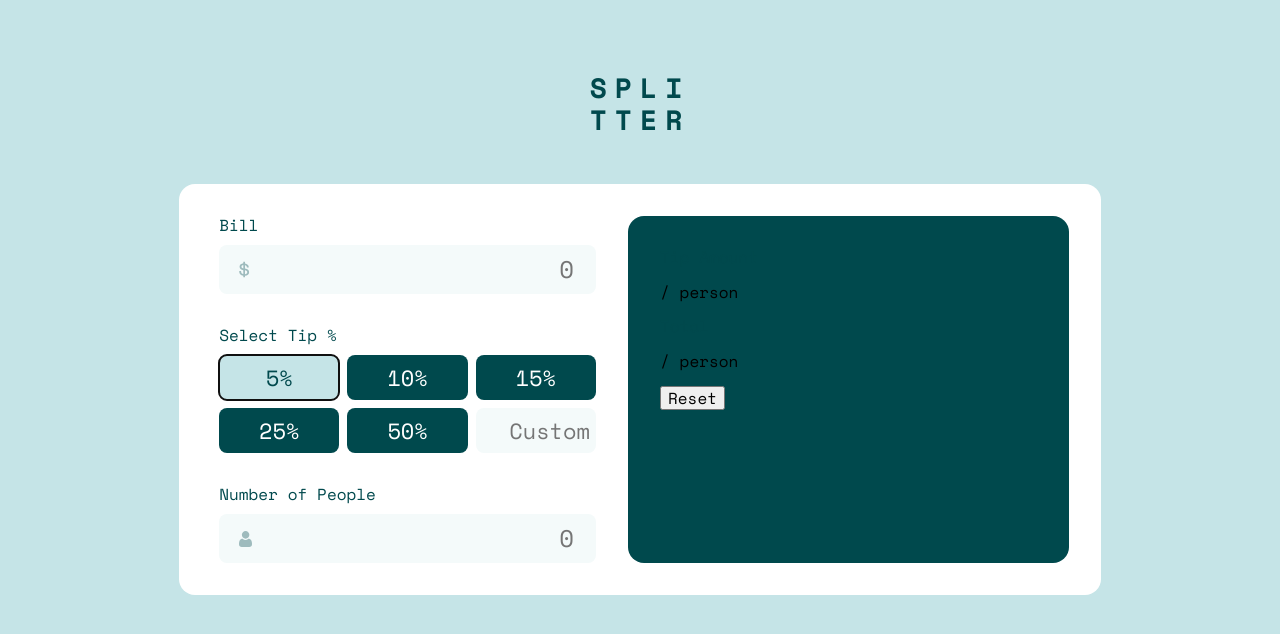
Repository: Jay-JYKim91/FM_tip-calculator
Page: index.html
An editor plug-in stored every save of this project. The page is shown before and after the next save, followed by the edit.
The browser window is 1280 px wide. The pictures show the whole page.
The first visible `.tip_option` has the focus.

Above is the page before, as saved 2021-12-21 22:15:56.

### index.html
<!DOCTYPE html>
<html lang="en">
<head>
  <meta charset="UTF-8">
  <meta name="viewport" content="width=device-width, initial-scale=1.0"> <!-- displays site properly based on user's device -->

  <link rel="icon" type="image/png" sizes="32x32" href="./images/favicon-32x32.png">

  <title>Tip calculator</title>
  <link rel="preconnect" href="https://fonts.googleapis.com">
  <link rel="preconnect" href="https://fonts.gstatic.com" crossorigin>
  <link href="https://fonts.googleapis.com/css2?family=Space+Mono:wght@400;700&display=swap" rel="stylesheet">
  <link rel="stylesheet" href="https://cdnjs.cloudflare.com/ajax/libs/normalize/8.0.1/normalize.min.css" integrity="sha512-NhSC1YmyruXifcj/KFRWoC561YpHpc5Jtzgvbuzx5VozKpWvQ+4nXhPdFgmx8xqexRcpAglTj9sIBWINXa8x5w==" crossorigin="anonymous" referrerpolicy="no-referrer" />
  <link rel="stylesheet" href="style.css">
  <script src="main.js" defer></script>

</head>
<body>
  <main class="container">
    <h1 class="main_title">Spli<br>tter</h1>
    <section class="calculator_wrapper">
      <article class="input_wrapper">
        <div>
          <p class="title">Bill</p>
          <div class="input_form">
            <img src="./images/icon-dollar.svg" alt="dollar">
            <input type="tel" placeholder="0">
          </div>
        </div>
        <div>
          <p class="title">Select Tip %</p>
          <div class="tip_options">
            <button class="tip_option">5%</button>
            <button class="tip_option">10%</button>
            <button class="tip_option">15%</button>
            <button class="tip_option">25%</button>
            <button class="tip_option">50%</button>
            <input type="tel" id="custom_tip" class="tip_option" placeholder="Custom" autocomplete="off">
          </div>
        </div>
        <div>
          <p class="title">Number of People</p>
          <div class="input_form">
            <img src="./images/icon-person.svg" alt="person">
            <input type="tel" placeholder="0">
          </div>
        </div>
      </article>
      <article class="result_wrapper">
        <div class="result_rows">
          <div class="result_row">
            <div class="result_title_wrapper">
              <p class="title">Tip Amount</p>
              <p class="subtitle">/ person</p>
            </div>
            <p id="tipAmountPrice"></p>
          </div>
          <div class="result_row">
            <div class="result_title_wrapper">
              <p class="title">Total</p>
              <p class="subtitle">/ person</p>
            </div>
            <p id="totalPrice"></p>
          </div>
        </div>
        <div>
          <button>Reset</button>
        </div>
      </article>
    </section>
  </main>
</body>
</html>

### style.css
:root {
  --body-font: "Space Mono", monospace;

  --strong-cyan: hsl(172, 67%, 45%);
  --very-dark-cyan: hsl(183, 100%, 15%);
  --dark-grayish-cyan: hsl(186, 14%, 43%);
  --dark-grayish-cyan: hsl(184, 14%, 56%);
  --light-grayish-cyan1: hsl(185, 41%, 84%);
  --light-grayish-cyan2: hsl(189, 41%, 97%);
  --white: hsl(0, 0%, 100%);
}
body {
  background-color: var(--light-grayish-cyan1);
  font-family: var(--body-font);
}
.container {
  margin: 10vh 14vw;
}
.main_title {
  margin: 3rem;
  text-align: center;
  text-transform: uppercase;
  letter-spacing: 8px;
  color: var(--very-dark-cyan);
  font-size: 1.75rem;
}
.calculator_wrapper {
  background-color: var(--white);
  display: flex;
  justify-content: space-between;
  padding: 2rem;
  border-radius: 1rem;
}
.input_wrapper {
  flex-basis: 50%;
  padding: 0 2em 0 0.5em;
}
.input_wrapper div {
  margin-bottom: 2rem;
}
.input_wrapper div:last-child {
  margin-bottom: 0;
}
.tip_options {
  display: grid;
  grid-template-columns: repeat(3, 1fr);
  grid-gap: 0.5em;
}
.tip_option {
  border: none;
  background-color: var(--very-dark-cyan);
  color: var(--white);
  font-family: var(--body-font);
  padding: 10px;
  font-size: 22px;
  border-radius: 0.5rem;
  cursor: pointer;
}
.tip_option:hover {
  background-color: var(--light-grayish-cyan1);
  color: var(--very-dark-cyan);
}
.tip_option:focus {
  background-color: var(--light-grayish-cyan1);
  color: var(--very-dark-cyan);
}
#custom_tip {
  width: 100%;
  /* border: none; */
  background-color: var(--light-grayish-cyan2);
  padding: 10px 6px;
  box-sizing: border-box;
  text-align: right;
  /* font-size: 22px;
  border-radius: 0.5rem; */
  color: var(--very-dark-cyan);
}
#custom_tip:focus {
  outline: none;
}
.title {
  margin: 0 0 10px 0;
  color: var(--very-dark-cyan);
}
.input_form {
  display: flex;
  align-items: center;
  justify-content: space-between;
  background-color: var(--light-grayish-cyan2);
  padding: 10px 20px;
  border-radius: 0.5rem;
}
.input_form input {
  width: 90%;
  font-size: 24px;
  border: none;
  background-color: var(--light-grayish-cyan2);
  text-align: right;
  color: var(--very-dark-cyan);
}
.input_form input:focus {
  outline: none;
}
.result_wrapper {
  background-color: var(--very-dark-cyan);
  flex-basis: 50%;
  border-radius: 1rem;
  padding: 2em;
}

/* Tablet size */
@media (min-width: 768px) and (max-width: 1023px) {
}

/* Mobile size */
@media (max-width: 767px) {
}

Loaded but not shown: main.js (empty)

After the next save:
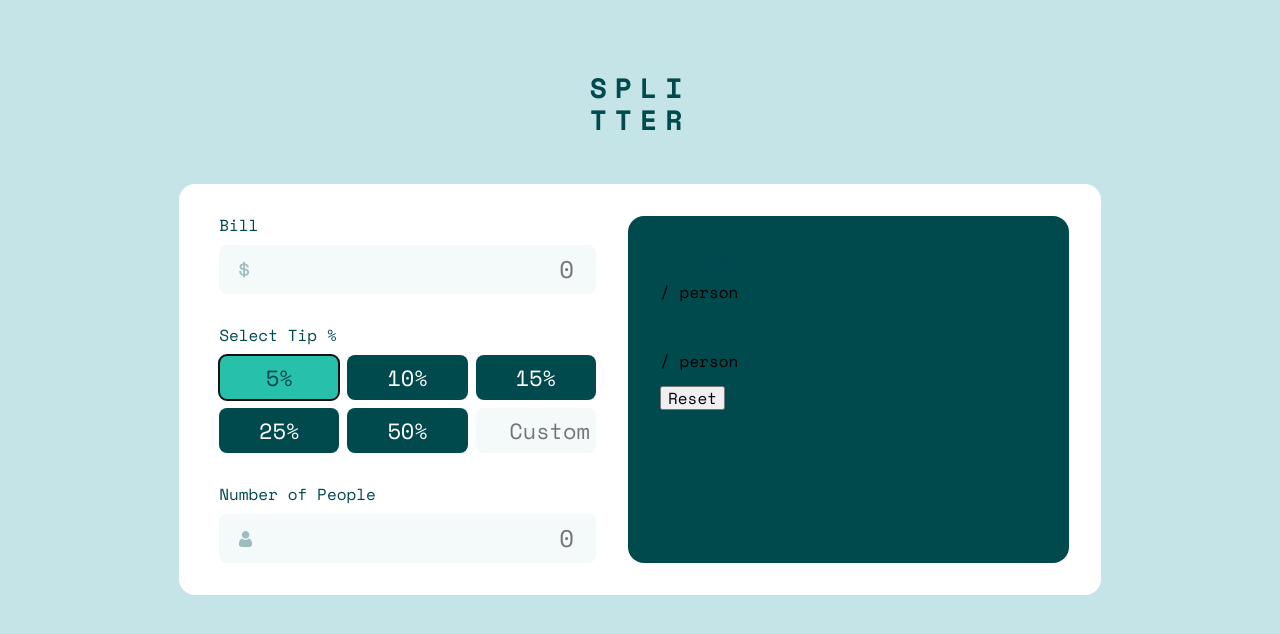
Saved 42 s later.
--- a/style.css
+++ b/style.css
@@ -61,7 +61,7 @@ body {
   color: var(--very-dark-cyan);
 }
 .tip_option:focus {
-  background-color: var(--light-grayish-cyan1);
+  background-color: var(--strong-cyan);
   color: var(--very-dark-cyan);
 }
 #custom_tip {
